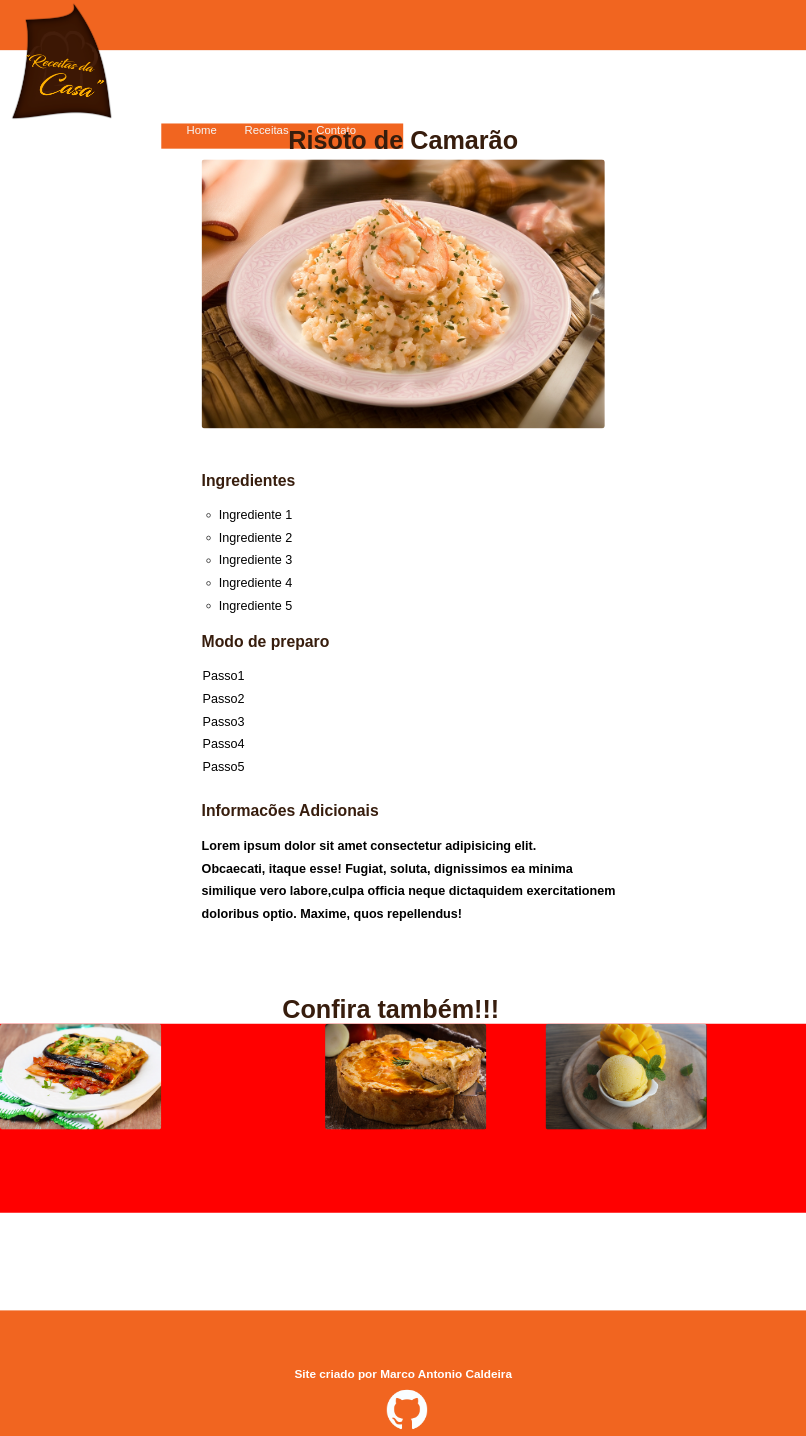
Repository: MarcoantonioCaldeira/Aprendizados-e-Conhecimentos
Page: Receitas da Casa/index.html
The author's editor kept a copy of each file at every save. The page is drawn from the files as they stood at one save, then again after the next save.
The browser window is 1280 px wide. The pictures show the whole page, at 63% of full size.

Above is the page before, as saved 2022-05-29 21:58:45.

After the next save:
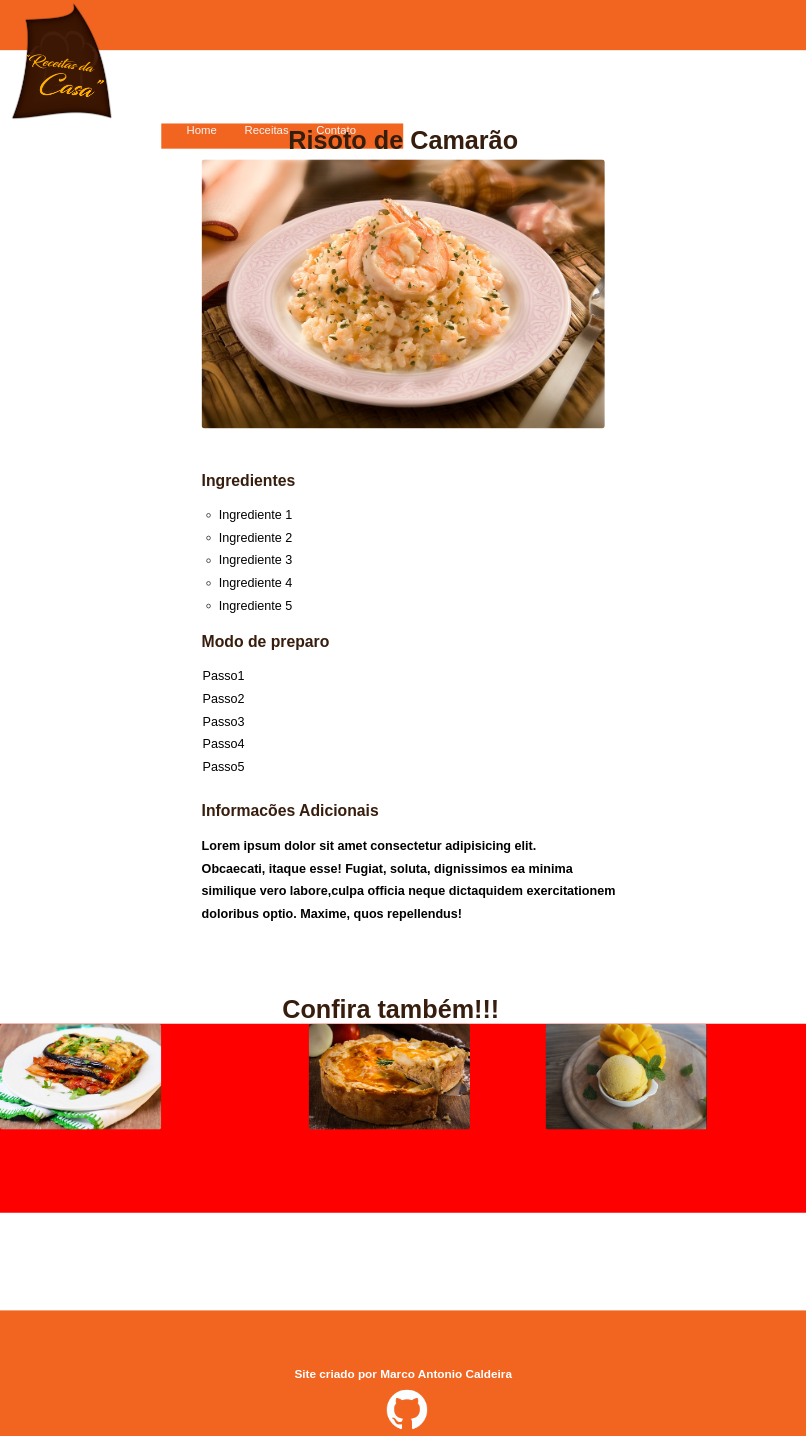
Saved 9 s later.
--- a/Receitas da Casa/css/estilo.css
+++ b/Receitas da Casa/css/estilo.css
@@ -46,7 +46,7 @@
 
 .img_receita2{
   position:relative;
-  left: 20%;
+  left: 18%;
   border-radius:5px;
   width:20%;
 }
